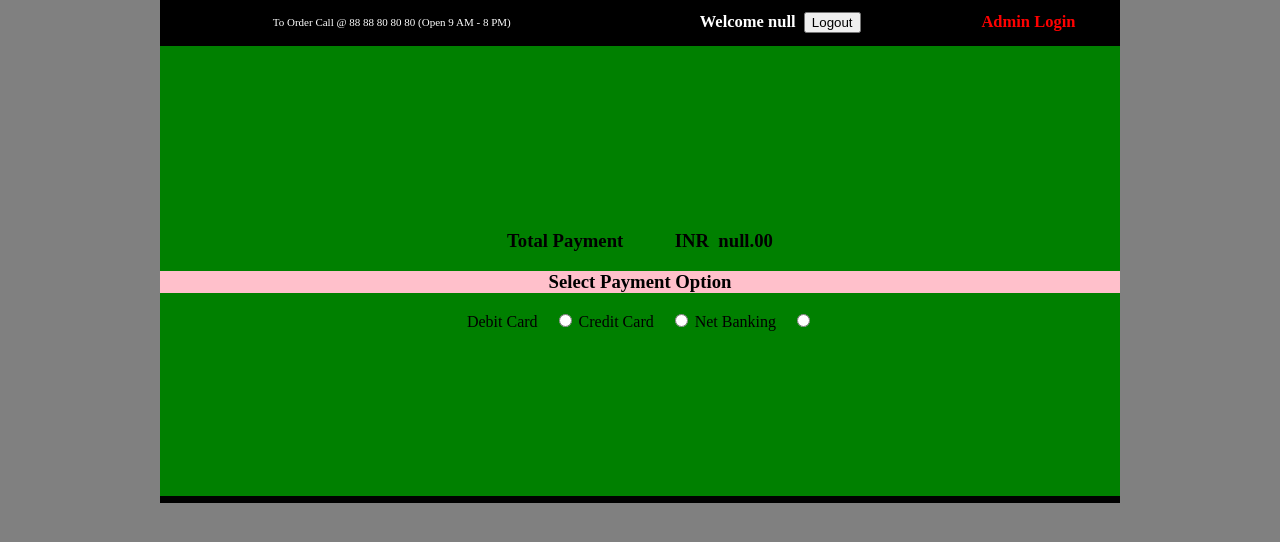
Repository: aashi12/e_mandi
Page: http://localhost/e_mandi/checkOut.jsp
The author's editor kept a copy of each file at every save. The page is drawn from the files as they stood at one save, then again after the next save.
The browser window is 1280 px wide. The pictures show the whole page.
The page is served by Tomcat 9.

Above is the page before, as saved 2014-04-13 10:39:51.

After the next save:
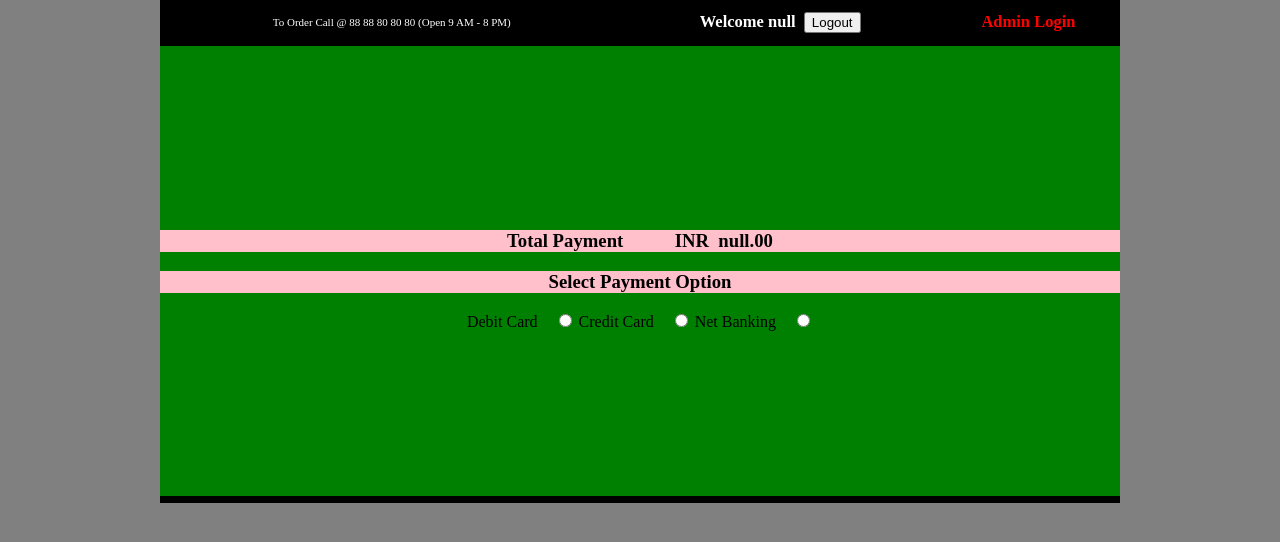
Saved 29 s later.
--- a/e_mandi/WebContent/checkOut.jsp
+++ b/e_mandi/WebContent/checkOut.jsp
@@ -29,7 +29,7 @@ out.print("<h2>Welcome "+usd); %>&nbsp;
 <td bgcolor="green" height="450" align="center">
 <!--  payment details    -->
 <% Integer tot=(Integer)session.getAttribute("amount"); %>
-<h3>Total Payment &nbsp;&nbsp;&nbsp;&nbsp;&nbsp;&nbsp;&nbsp;&nbsp;&nbsp;&nbsp;INR &nbsp;<%= tot %>.00</h3>
+<h3 style="background: pink">Total Payment &nbsp;&nbsp;&nbsp;&nbsp;&nbsp;&nbsp;&nbsp;&nbsp;&nbsp;&nbsp;INR &nbsp;<%= tot %>.00</h3>
 <h3 style="background: pink">Select Payment Option</h3>
 Debit Card &nbsp;&nbsp;&nbsp;<input type="radio" name="pay"/>
 Credit Card &nbsp;&nbsp;&nbsp;<input type="radio" name="pay"/>
